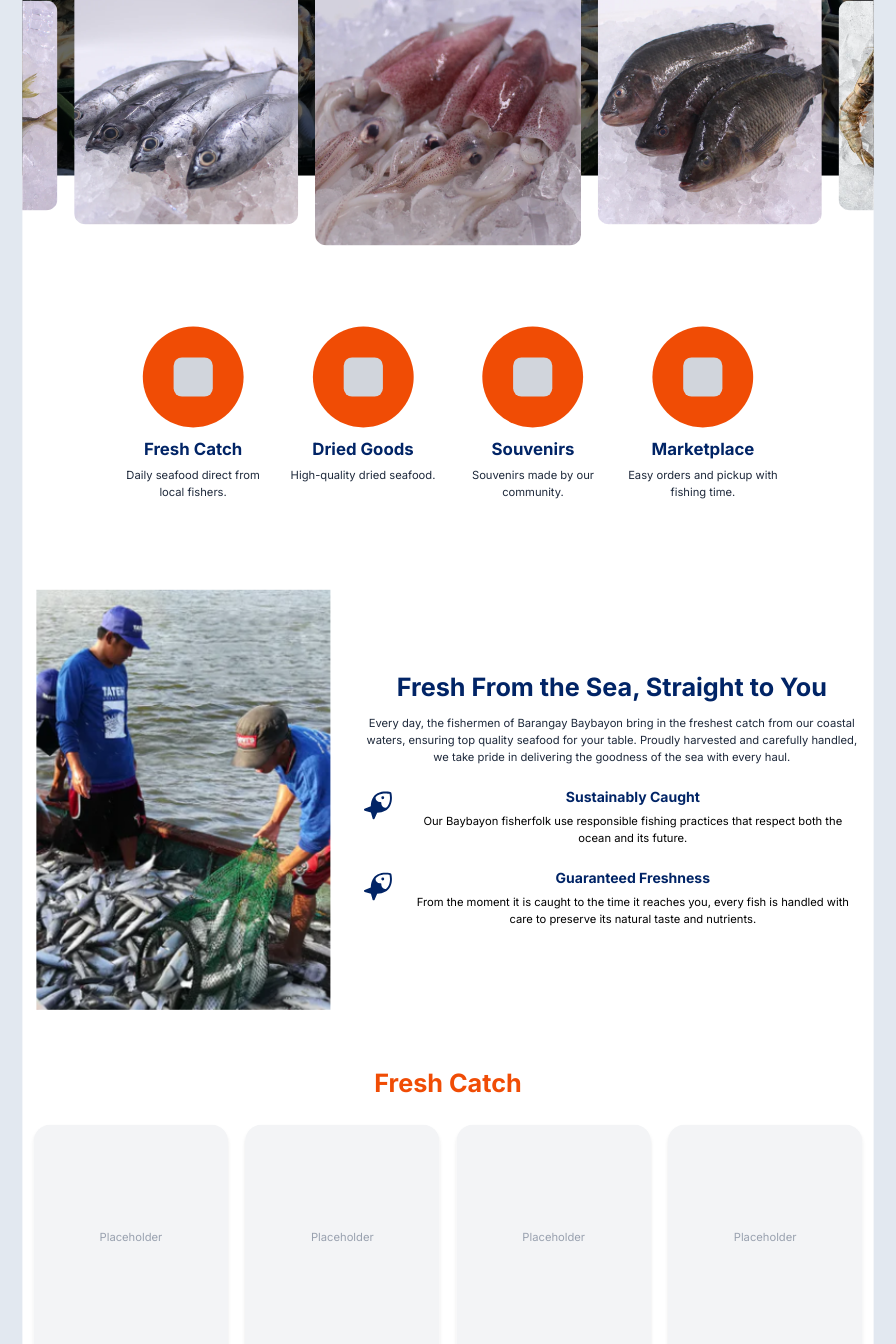
Repository: Coast2Card/coast2cart-frontend
Page: /
An editor plug-in stored every save of this project. The page is shown before and after the next save, followed by the edit.
The browser window is 1280 px wide. The pictures show the part of the page from y = 602 to 2522 px (the page is 4284 px tall), at 70% of full size.
The project was rebuilt for these pictures with package versions that can differ from the ones it lists, and the page was loaded fresh each time. Also part of the build but not shown: vite.config.js, src/pages/Seafood.jsx, src/pages/Souvenirs.jsx, src/pages/About.jsx, src/pages/Cart.jsx, src/pages/Profile.jsx, src/pages/Colors.jsx.

Above is the page before, as saved 2025-09-13 23:13:56.

After the next save:
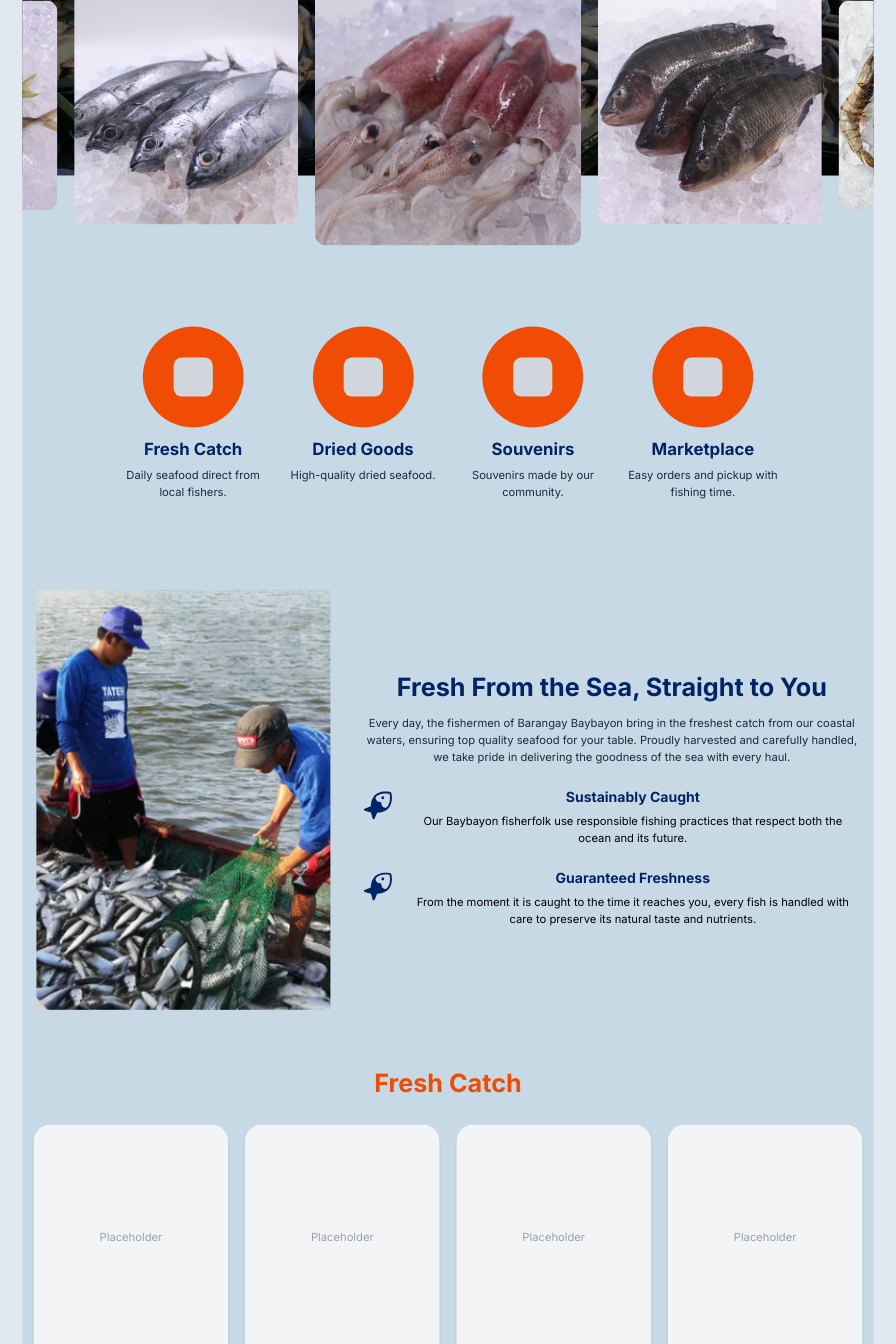
Saved 31 s later.
--- a/src/index.css
+++ b/src/index.css
@@ -8,7 +8,7 @@
   color-scheme: "light";
 
   --color-base-100: #e2e8f0;
-  --color-base-200: #ffffff;
+  --color-base-200: #c8d9e6;
   --color-base-300: #ffffff;
   --color-base-content: #1e293b;
   --color-primary: #012466;
